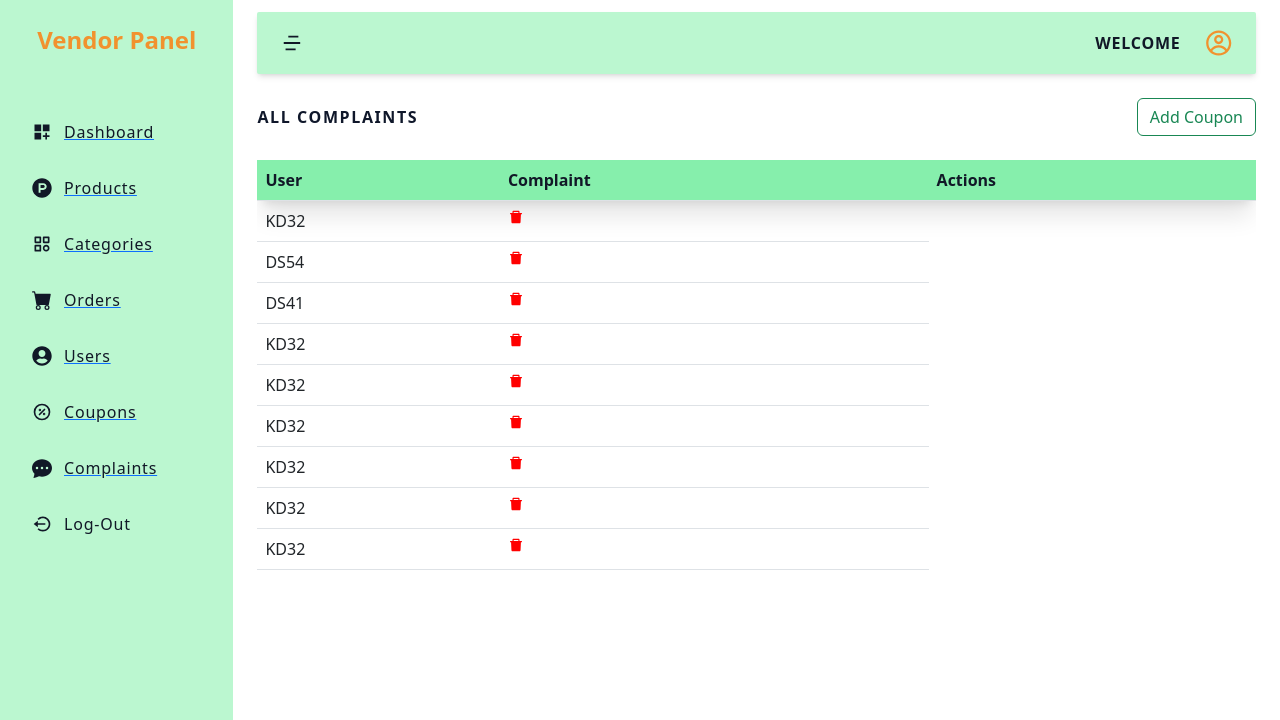
Repository: FlyweisReact/JitenderAdminPanel
Page: /chat
An editor plug-in stored every save of this project. The page is shown before and after the next save, followed by the edit.
The browser window is 1280 px wide. The pictures show the whole page.
The project was rebuilt for these pictures with package versions that can differ from the ones it lists, and the page was loaded fresh each time. Also part of the build but not shown: src/components/forms/Login.jsx, src/components/pages/Dashboard.jsx, src/components/vendorPanel/components/layout/Navbar.jsx, src/components/vendorPanel/components/layout/Sidebar.jsx, src/components/vendorPanel/components/layout/HOC.jsx, src/components/vendorPanel/components/pages/Message/Message.js, src/components/pages/UserKundli/UserKundli.jsx, src/components/pages/discount/Discount.jsx and 18 more.

Above is the page before, as saved 2022-11-05 17:03:45.

After the next save:
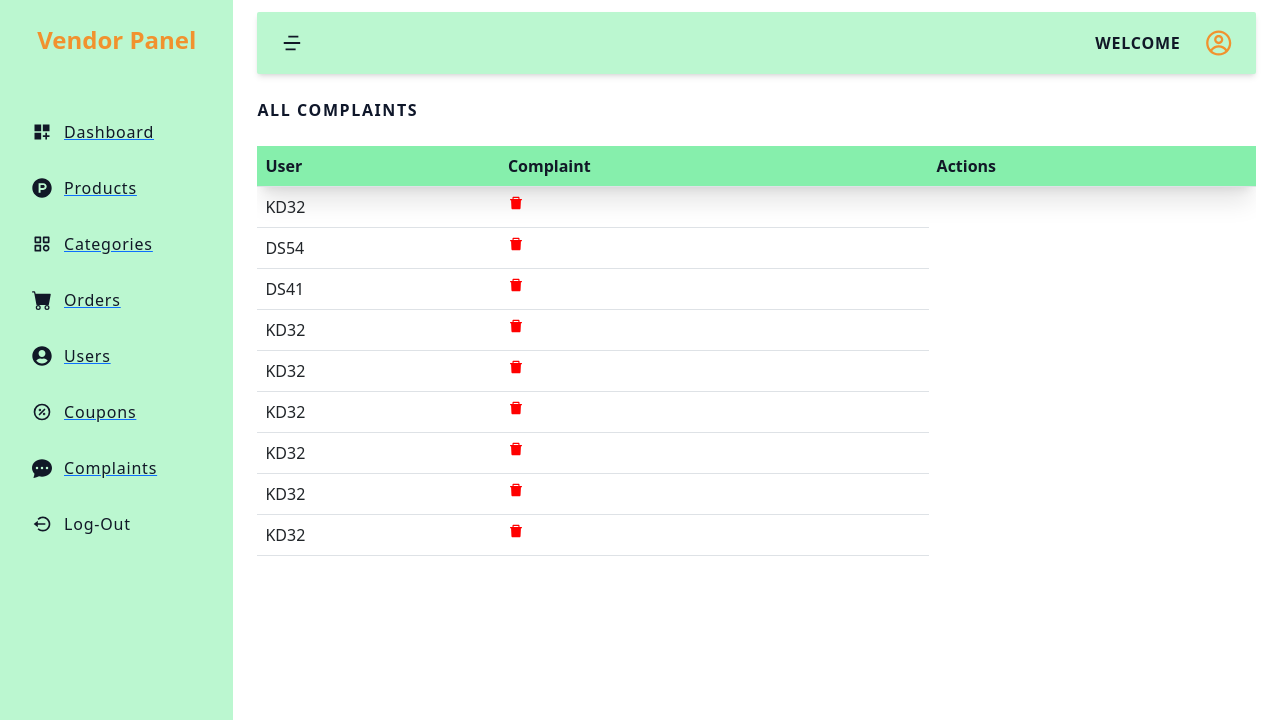
Saved 12 s later.
--- a/src/components/pages/reactChat/Chat.js
+++ b/src/components/pages/reactChat/Chat.js
@@ -145,9 +145,7 @@ const Chat = () => {
           <span className="tracking-widest text-slate-900 font-semibold uppercase ">
             All Complaints
           </span>
-          <Button onClick={() => setModalShow(true)} variant="outline-success">
-            Add Coupon
-          </Button>
+
         </div>
 
         <div style={{ maxWidth: "100%", overflow: "auto" }}>
